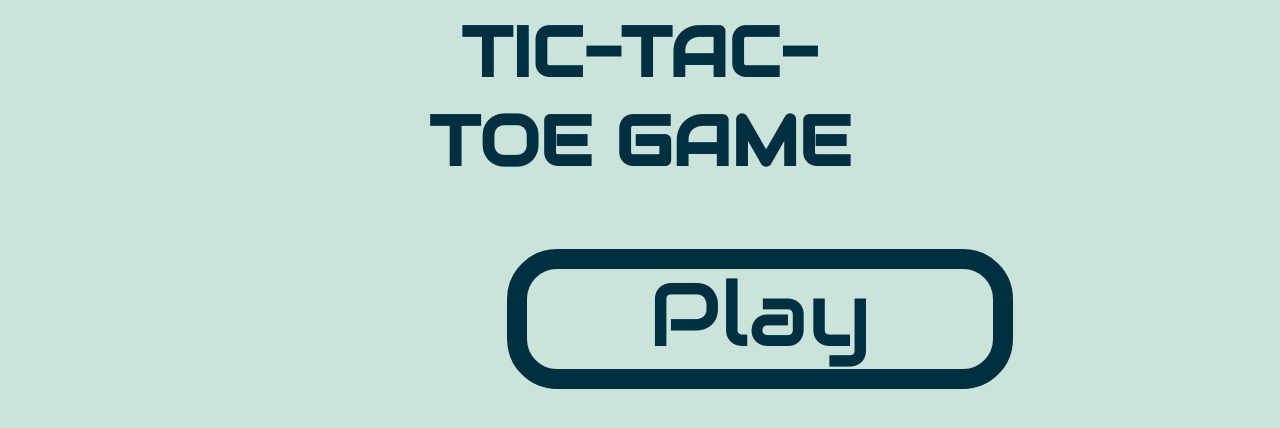
Repository: blackSky1213/tic-tac-toe
Page: index.html
The author's editor kept a copy of each file at every save. The page is drawn from the files as they stood at one save, then again after a run of saves.
The browser window is 1280 px wide. The pictures show the whole page.

Above is the page before, as saved 2020-12-28 20:51:41.

### index.html
<!DOCTYPE html>
<html lang="en">

<head>
    <meta charset="UTF-8">
    <meta name="viewport" content="width=device-width, initial-scale=1.0">
    <title>Tic-Tac-Toe</title>
    <link rel="preconnect" href="https://fonts.gstatic.com">
    <link href="https://fonts.googleapis.com/css2?family=Audiowide&display=swap" rel="stylesheet">
    <link rel="stylesheet" href="styles/index.css">
</head>

<body>
    <h1 class="title">TIC-TAC-TOE GAME</h1>
    <div class="start"><spam class="play">Play</spam></div>
</body>

</html>

### styles/index.css
body{
    background-color:#cae4db;
}
.title{
    text-align:center;
    font-size:70px;
    margin:auto 30% auto 30%;
    font-family:'Audiowide', cursive;
    color:#00303f;
}
.start{
    background-color:
    width:350px;
    height:100px;
    margin:5% 30% auto 30%;
    position:relative;
    left:120px;
    border-radius: 50px;
    text-align: center;
    font-size: 90px;
    border:solid 20px #00303f;


}
.play{
    color:#00303f;
    font-family:'Audiowide', cursive;
    position: relative;
    bottom: 12px;;
}

After the next 2 saves:
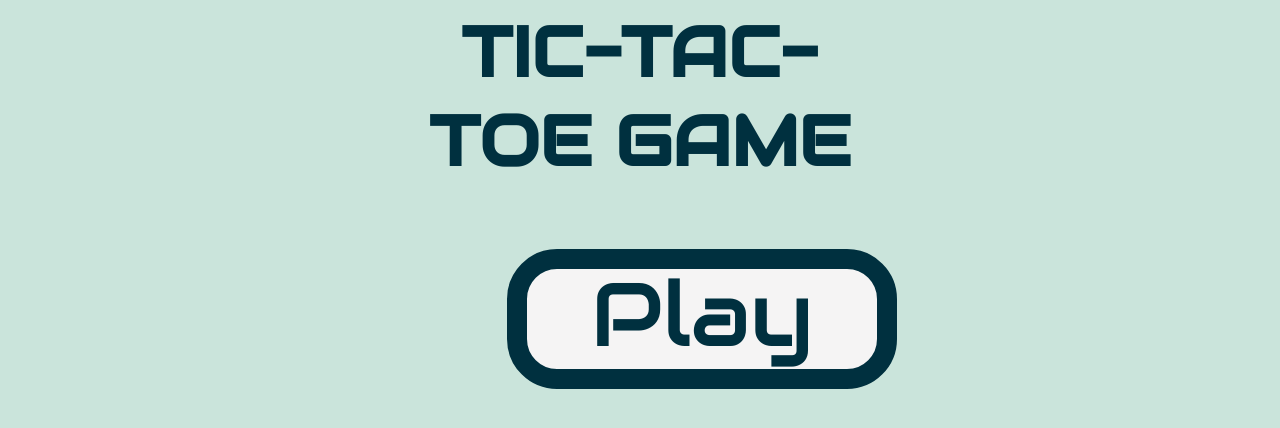
The 2 saves are shown as one change because they came seconds apart.
The last was saved 6 s later.
--- a/styles/index.css
+++ b/styles/index.css
@@ -9,7 +9,7 @@ body{
     color:#00303f;
 }
 .start{
-    background-color:
+    background-color:#f5f4f4;
     width:350px;
     height:100px;
     margin:5% 30% auto 30%;
